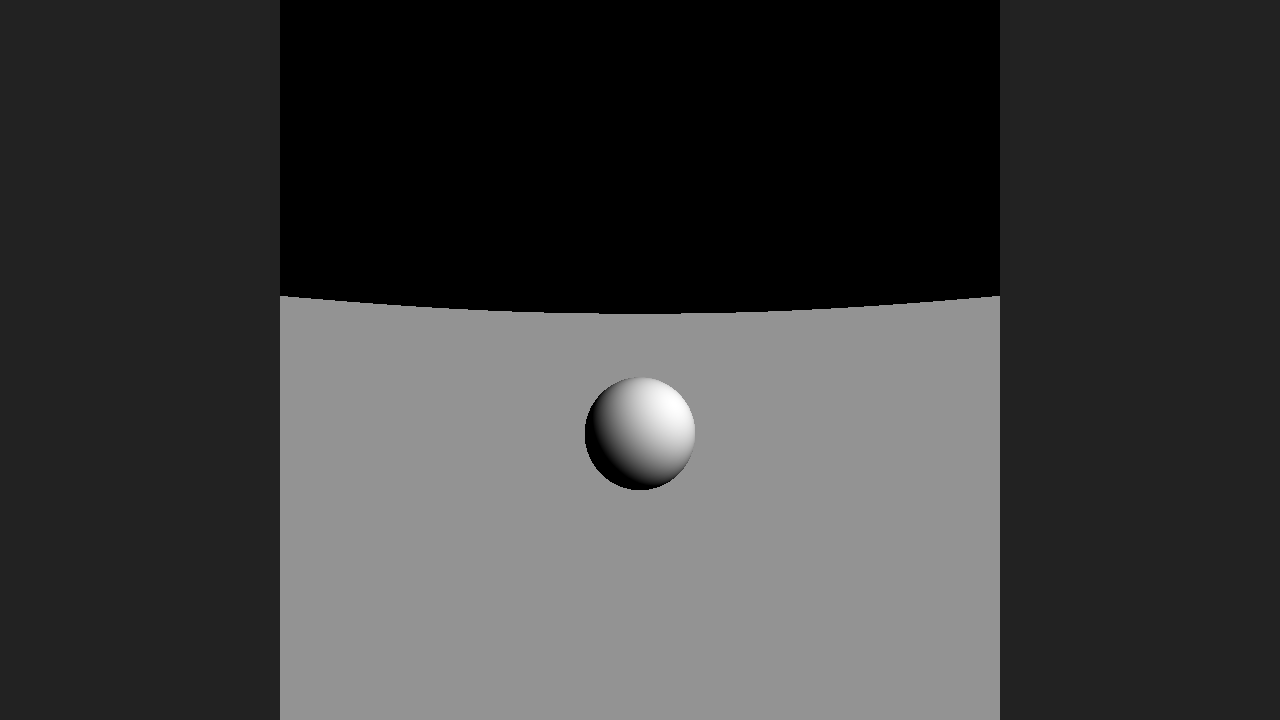
Repository: fakebrianho/50daysofshaders
Page: index.html
The author's editor kept a copy of each file at every save. The page is drawn from the files as they stood at one save, then again after the next save.
The browser window is 1280 px wide. The pictures show the whole page.

Above is the page before, as saved 2022-03-03 07:42:28.

After the next save:
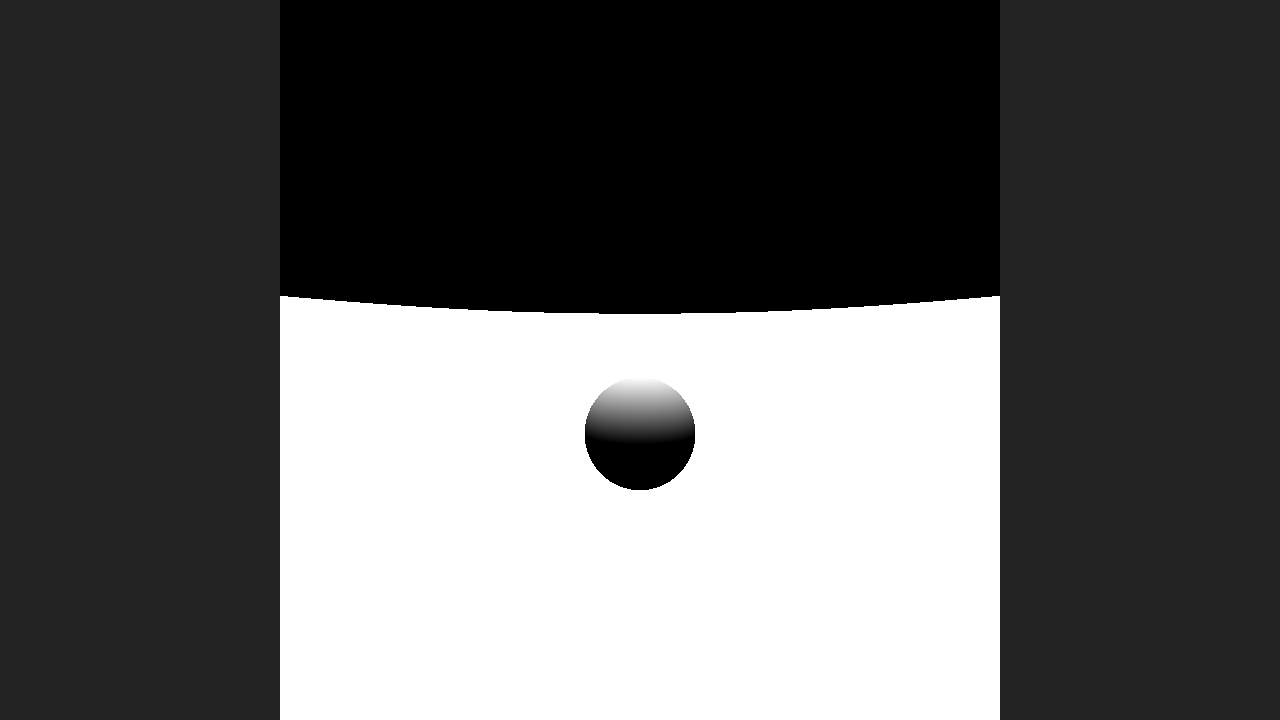
Saved 19 s later.
--- a/day30.js
+++ b/day30.js
@@ -727,7 +727,7 @@ void main(void){
     float d = RayMarch(ro, rd);
     vec3 p = ro + rd * d;
     vec3 n = norm(p);
-    vec3 l = normalize(vec3(1.0, 1.0, -1.0));
+    vec3 l = normalize(vec3(0.0, 1.0, 0.0));
     vec3 color = vec3(0.0);
 
     color += max(0.0, dot(n, l));
